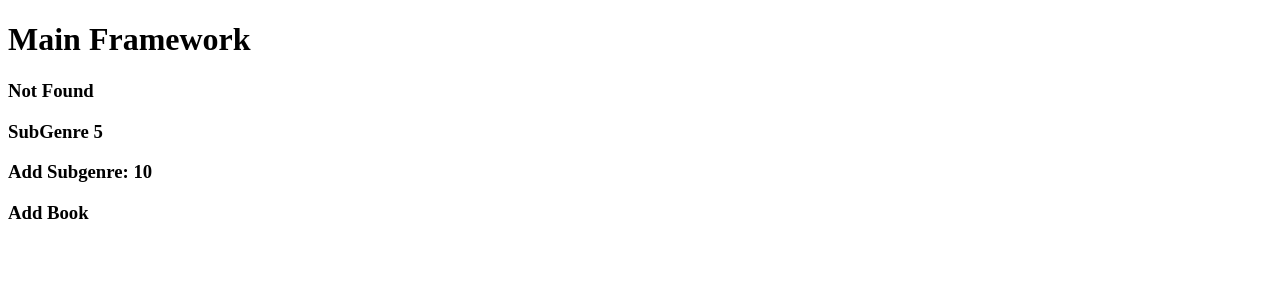
Repository: GregorPiev/angularjs-add-book
Page: index.html
The author's editor kept a copy of each file at every save. The page is drawn from the files as they stood at one save, then again after the next save.
The browser window is 1280 px wide. The pictures show the whole page.

Above is the page before, as saved 2020-09-23 16:30:26.

After the next save:
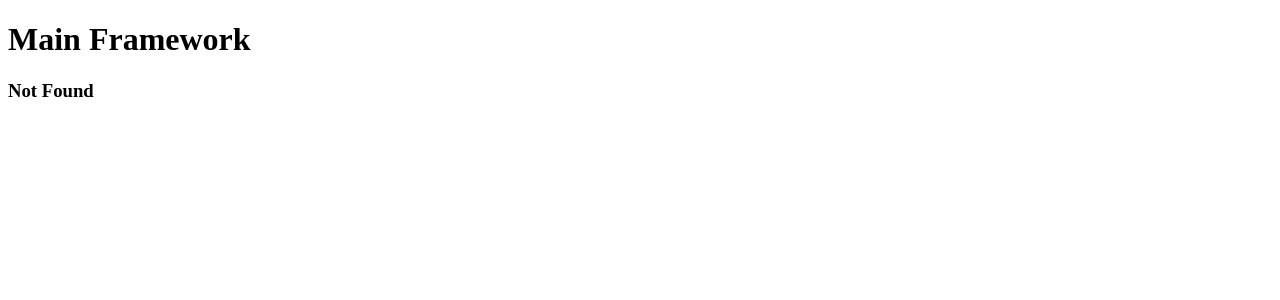
Saved 61 s later.
--- a/index.html
+++ b/index.html
@@ -8,11 +8,13 @@
 		<link href="node_modules/bootstrap/dist/css/bootstrap.min.css" />
 	</head>
 	<body>
-		<main></main>
+		<div class="container">
+			<main></main>
+		</div>
 
-		<subgenre></subgenre>
+		<!-- <subgenre></subgenre>
 		<add-subgenre></add-subgenre>
-		<add-book-item></add-book-item>
+		<add-book-item></add-book-item> -->
 
 		<script src="node_modules/angular/angular.min.js"></script>
 		<script src="node_modules/angular-route/angular-route.min.js"></script>
